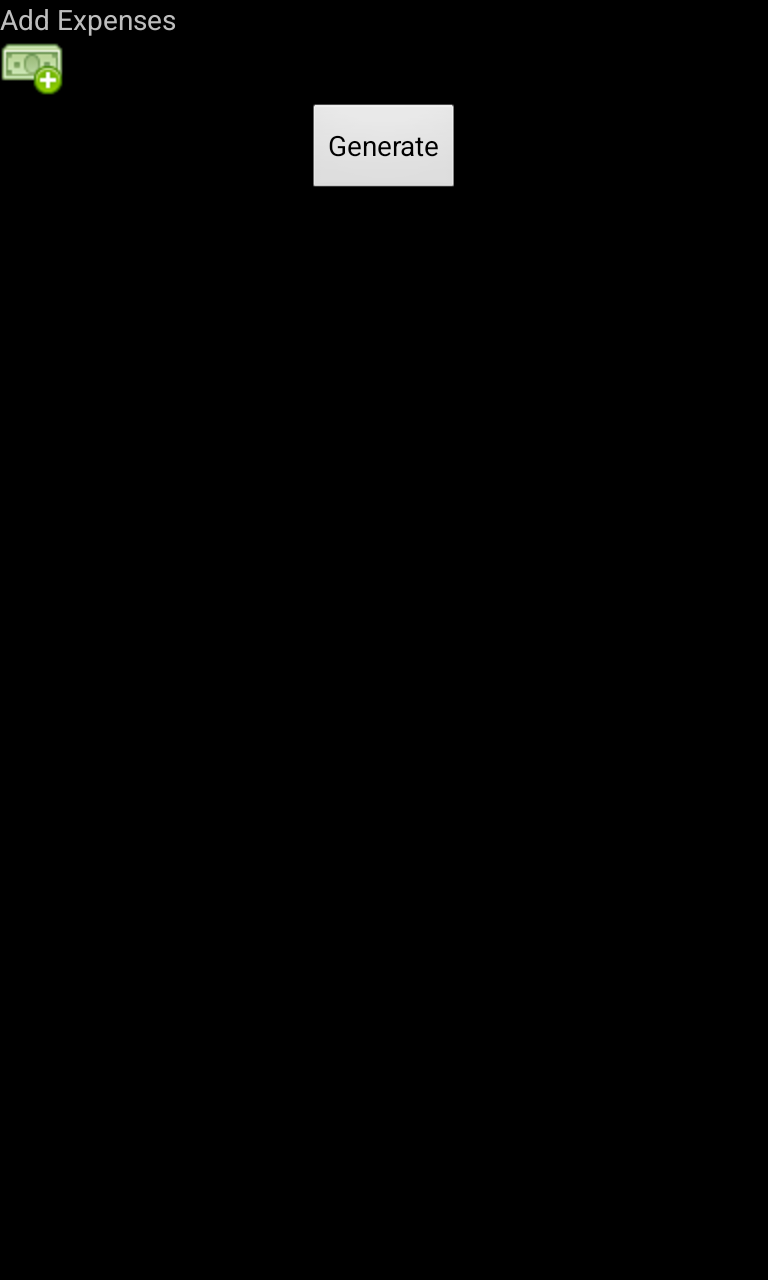
Repository: iyeranan/Expenses
Layout: Expenses/res/layout/shares.xml
The author's editor kept a copy of each file at every save. The layout is drawn from the files as they stood at one save, then again after the next save.
It is drawn on a 768 x 1280 px phone screen (xhdpi) without system bars, with theme android:Theme; the app's code is not run.

Above is the layout before, as saved 2012-01-15 19:00:11.

After the next save:
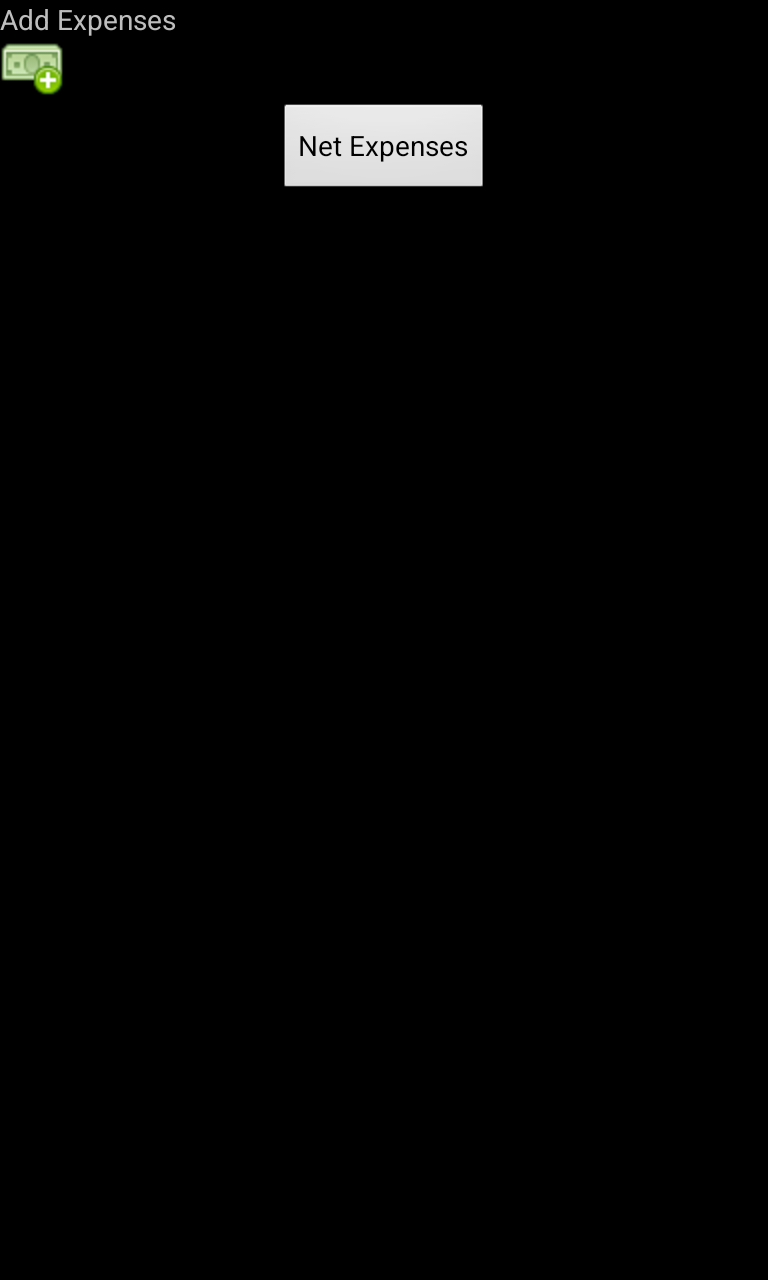
Saved 2 min 36 s later.
--- a/Expenses/res/layout/shares.xml
+++ b/Expenses/res/layout/shares.xml
@@ -11,6 +11,6 @@
 <Button android:layout_width="wrap_content" android:layout_height="wrap_content" android:background="@drawable/add_expenses" android:id="@+id/btnAddExpense"></Button>
 <TableLayout android:layout_width="fill_parent" android:layout_height="wrap_content" android:id="@+id/tblExpenses">
 </TableLayout>
-<Button android:layout_height="wrap_content" android:layout_width="wrap_content" android:layout_gravity="center_vertical|center_horizontal" android:text="Generate" android:id="@+id/btnGenerate"></Button>
+<Button android:layout_height="wrap_content" android:layout_width="wrap_content" android:layout_gravity="center_vertical|center_horizontal" android:id="@+id/btnGenerate" android:text="Net Expenses"></Button>
 </LinearLayout>
 </ScrollView>
